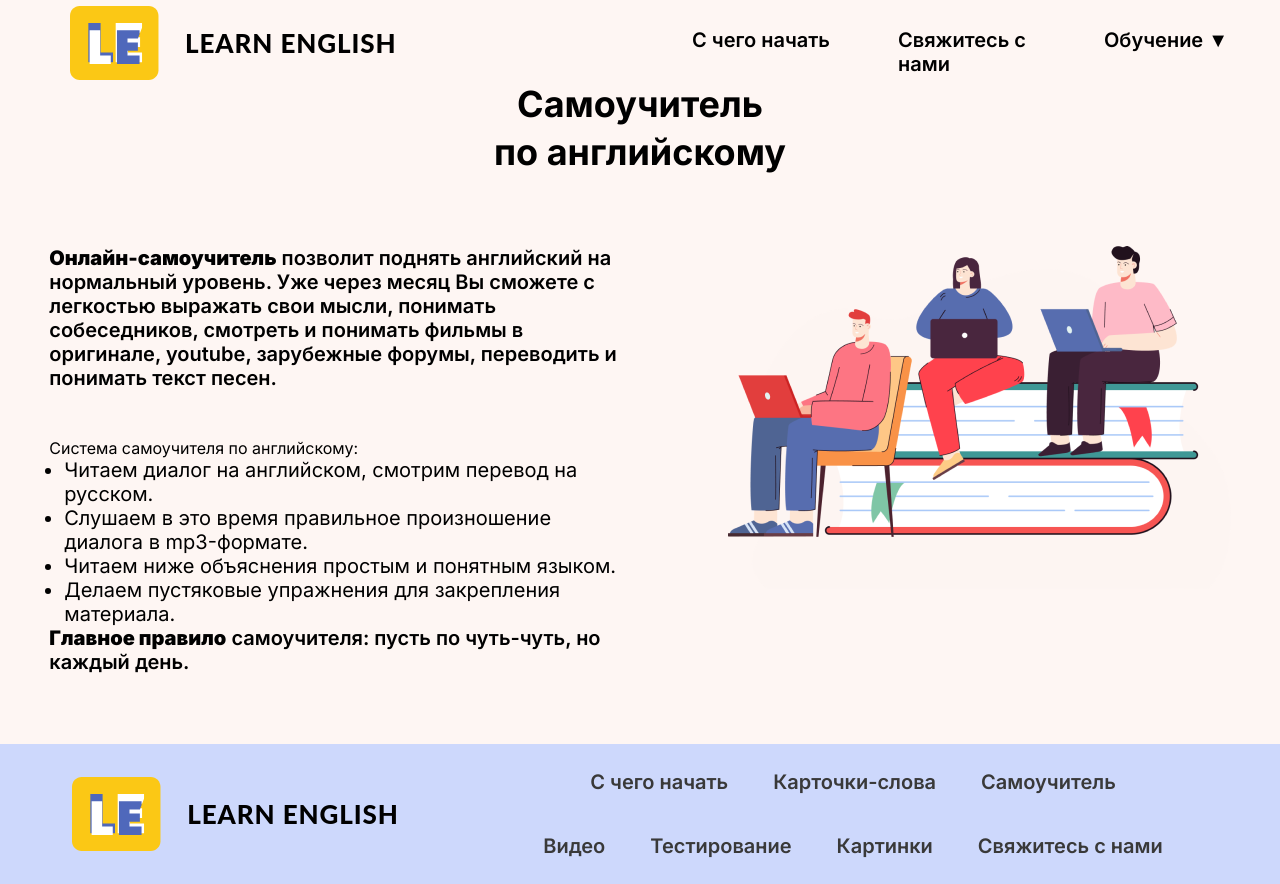
Repository: WladimirVA/Diplom
Page: scool/lesson.html
An editor plug-in stored every save of this project. The page is shown before and after the next save, followed by the edit.
The browser window is 1280 px wide. The pictures show the whole page.

Above is the page before, as saved 2023-07-19 16:24:17.

After the next save:
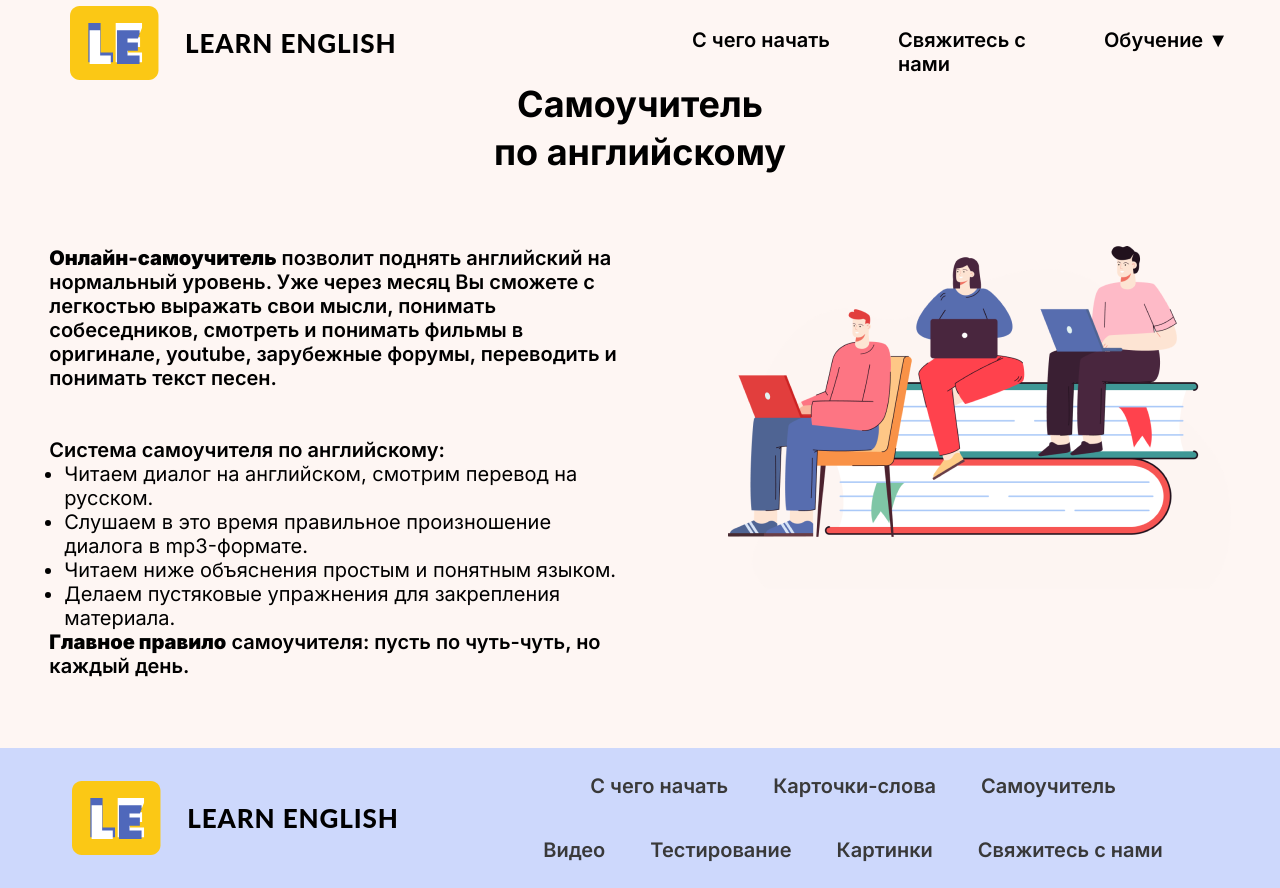
Saved 21 s later.
--- a/scool/lesson.html
+++ b/scool/lesson.html
@@ -49,7 +49,7 @@
                 <div class="content-tutorial">
                     <div class="tutorial-inf">
                         <p><span  style="font-weight:900"> Онлайн-самоучитель</span> позволит поднять английский на нормальный уровень. Уже через месяц Вы сможете с легкостью выражать свои мысли, понимать собеседников, смотреть и понимать фильмы в оригинале, youtube, зарубежные форумы, переводить и понимать текст песен. <br><br><br></p>
-                            <ul>Система самоучителя по английскому:
+                            <ul><p>Система самоучителя по английскому:</p>
                                 <li>Читаем диалог на английском, смотрим перевод на русском.</li>
                                 <li>Слушаем в это время правильное произношение диалога в mp3-формате.</li>
                                 <li>Читаем ниже объяснения простым и понятным языком.</li>
